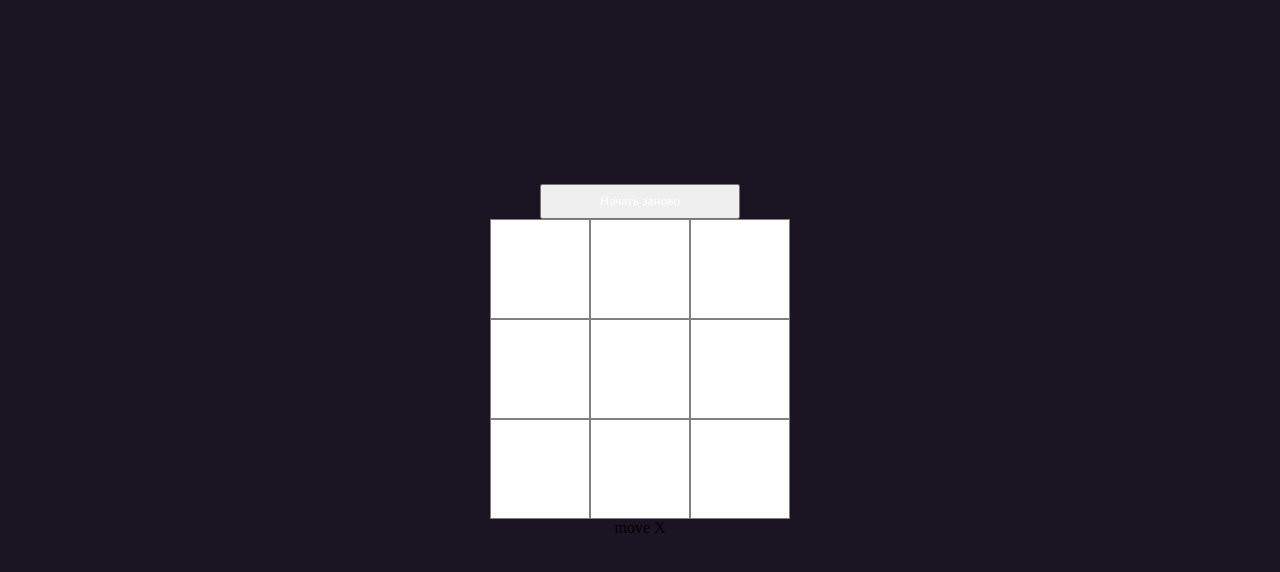
Repository: Minkeani/TIC-TAC_TOE
Page: /
An editor plug-in stored every save of this project. The page is shown before and after the next save, followed by the edit.
The browser window is 1280 px wide. The pictures show the whole page.
Some web fonts or font styles are not loaded; a fallback is used. The project was rebuilt for these pictures with package versions that can differ from the ones it lists, and the page was loaded fresh each time.

Above is the page before, as saved 2022-05-22 16:46:20.

After the next save:
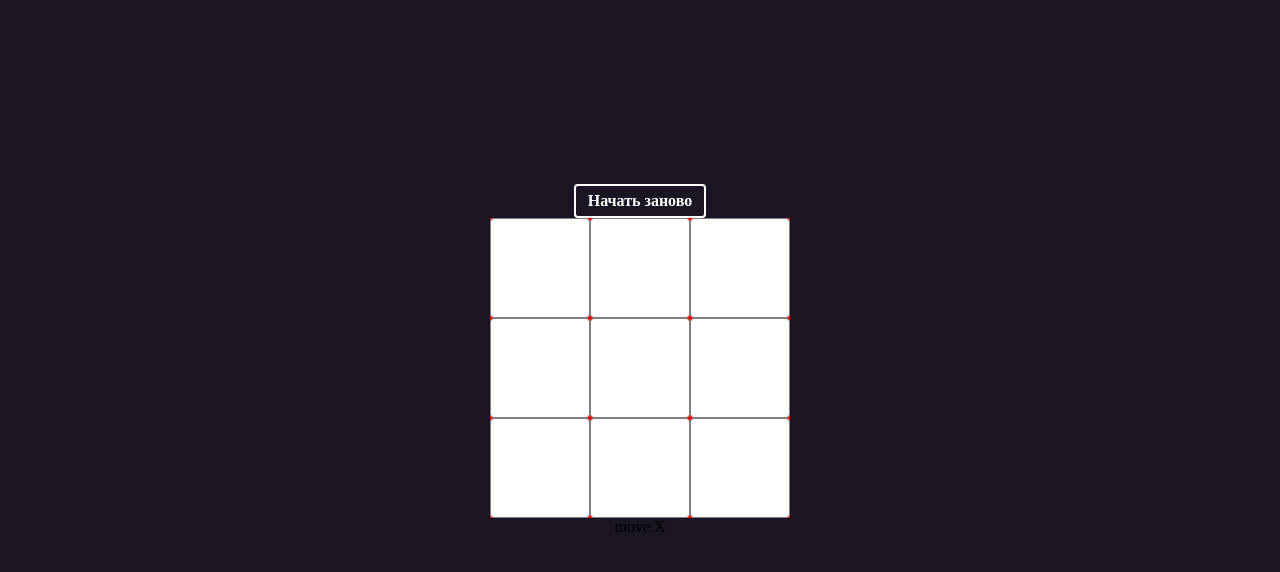
Saved 70 s later.
--- a/src/components/Game.css
+++ b/src/components/Game.css
@@ -8,11 +8,13 @@
     flex-direction: column
 }
 
-.startNewGame {
-    width: 200px;
-    height: 35px;
-    margin-botton: 25px;
+button {
+    background: none;
+    border: 2px solid #fff;
+    border-radius: 4px;
+    color: #fff;
     cursor: pointer;
-    color: white;
-    outline: none;
+    font-size: 1em;
+    font-weight: 700;
+    padding: 6px 12px;
 }
